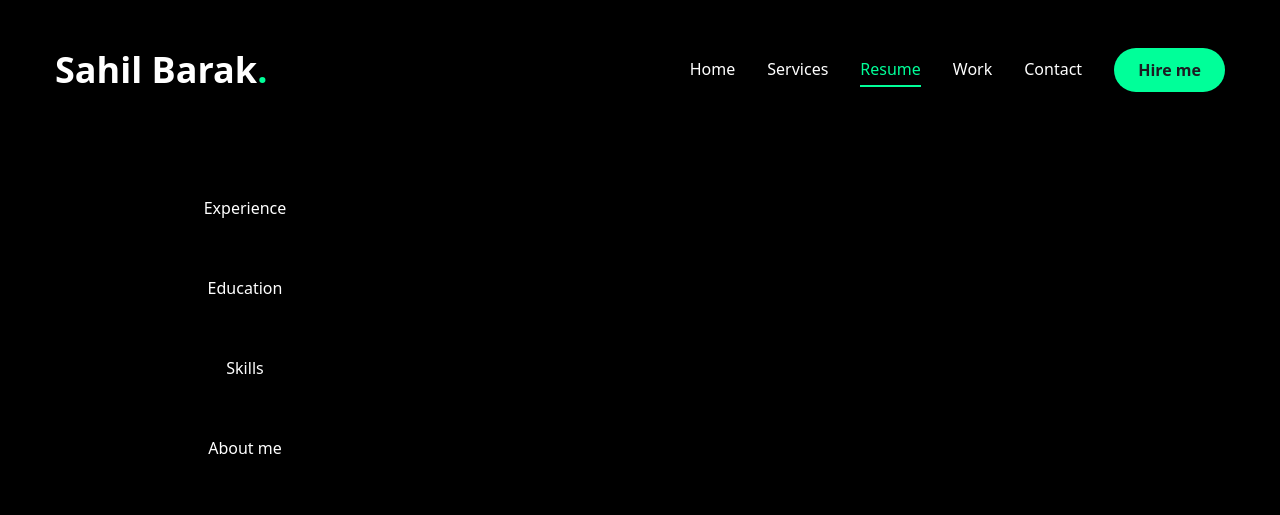
Repository: Moxsahil/My_portfolio
Page: /resume (app in sahil-portfolio/)
An editor plug-in stored every save of this project. The page is shown before and after the next save, followed by the edit.
The browser window is 1280 px wide. The pictures show the whole page.
The project was rebuilt for these pictures with package versions that can differ from the ones it lists, and the page was loaded fresh each time. The framework's server and built-in components were replaced by stand-ins that run in the browser. Also part of the build but not shown: sahil-portfolio/next.config.mjs, sahil-portfolio/components/ui/tooltip.jsx, sahil-portfolio/components/ui/scroll-area.jsx.

Above is the page before, as saved 2024-10-05 21:39:44.

After the next save:
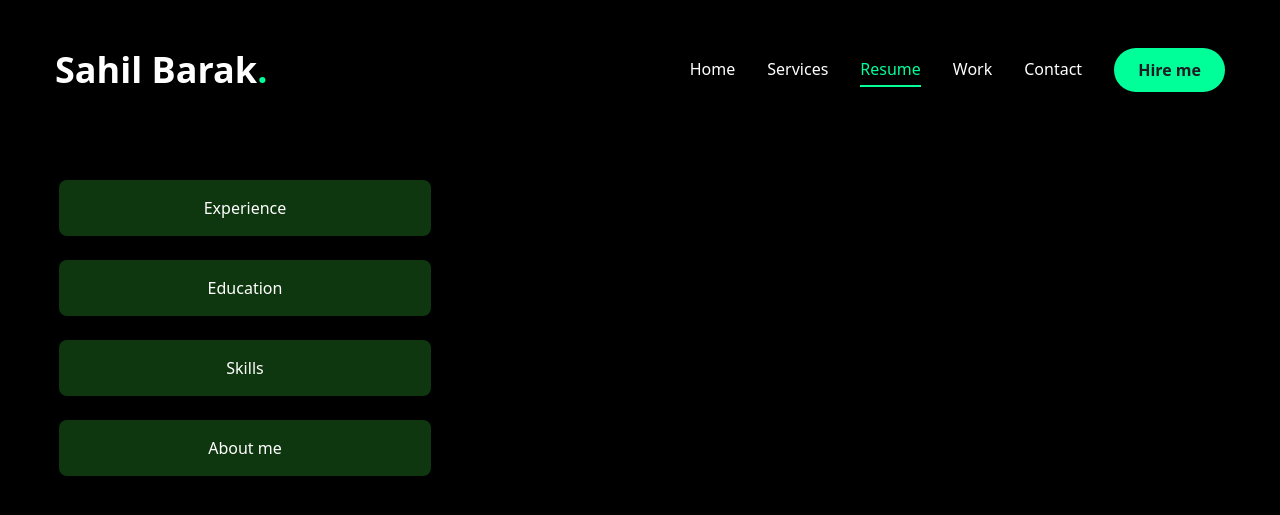
Saved 12 s later.
--- a/sahil-portfolio/components/ui/tabs.jsx
+++ b/sahil-portfolio/components/ui/tabs.jsx
@@ -20,7 +20,7 @@
   <TabsPrimitive.Trigger
     ref={ref}
     className={cn(
-      "inline-flex items-center w-full bg-[#] justify-center whitespace-nowrap text-white rounded-lg p-3 text-balance font-medium ring-offset-white transition-all disabled:pointer-events-none disabled:opacity-50 data-[state=active]:bg-accent data-[state=active]: data-[state=active]:font-bold data-[state=active]:shadow-sm",
+      "inline-flex items-center w-full bg-[#2727] justify-center whitespace-nowrap text-white rounded-lg p-3 text-balance font-medium ring-offset-white transition-all disabled:pointer-events-none disabled:opacity-50 data-[state=active]:bg-accent data-[state=active]: data-[state=active]:font-bold data-[state=active]:shadow-sm",
       className
     )}
     {...props} />
